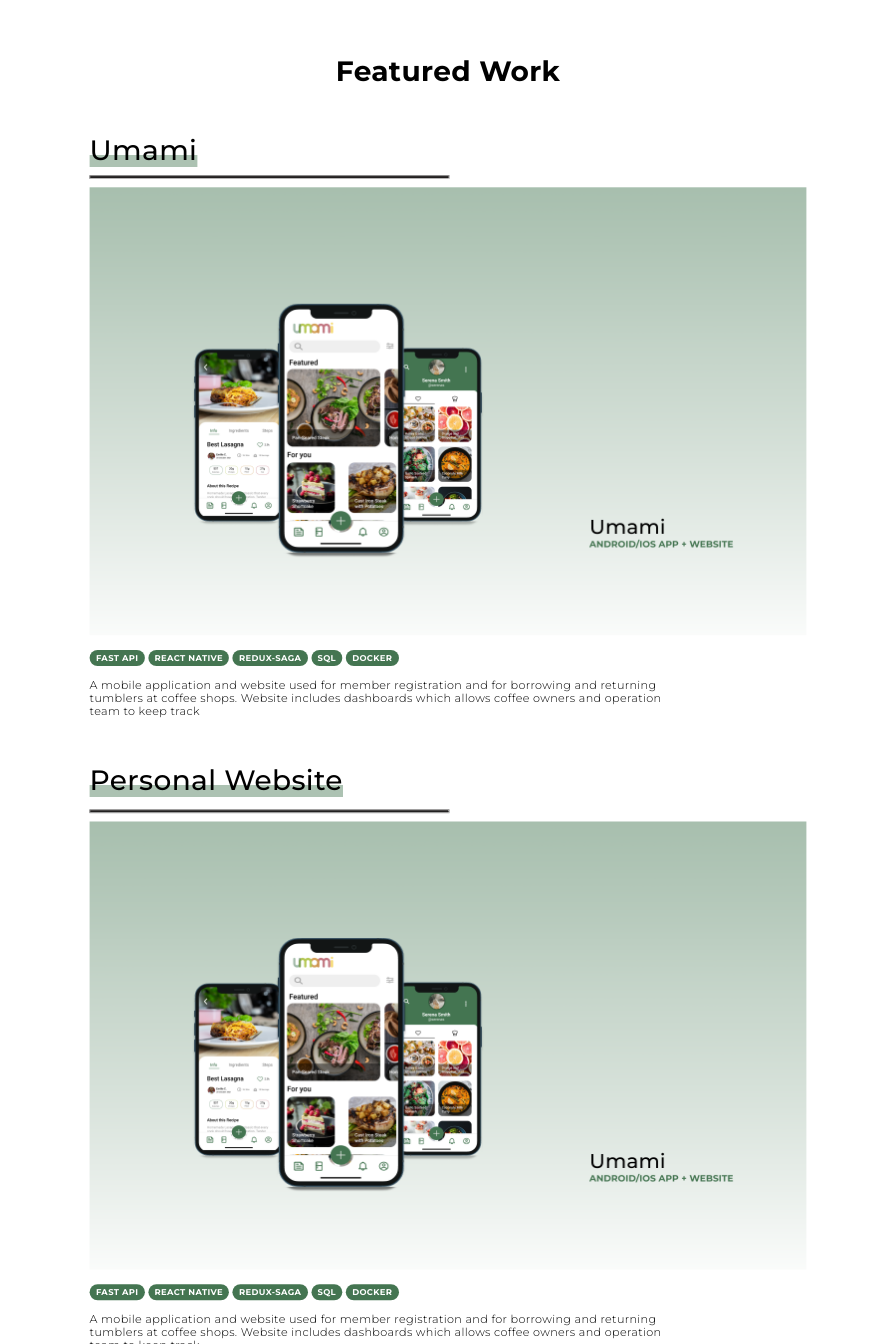
Repository: TangMartin/martintang
Page: index.html
These files come from the project's save history. The page is drawn as it stood at one moment and after the next save; the edit follows.
The browser window is 1280 px wide. The pictures show the part of the page from y = 932 to 2852 px (the page is 2879 px tall before and 2884 px after), at 70% of full size.

Above is the page before, as saved 2021-11-24 21:39:55.

After the next save:
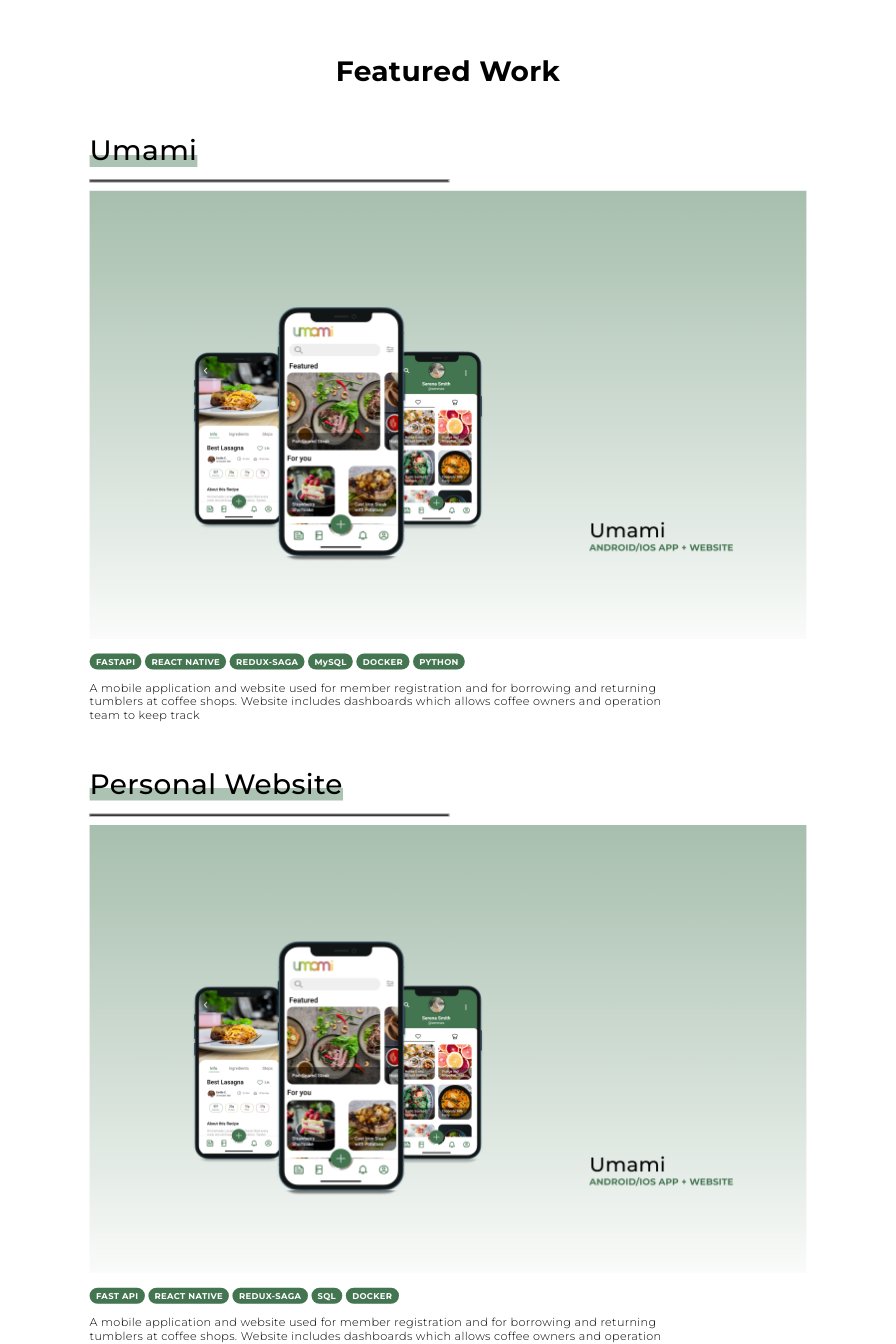
Saved 70 s later.
--- a/index.html
+++ b/index.html
@@ -48,14 +48,15 @@
                 <!-- Umami -->
                 <li class="work_item">
                     <h1><span class="highlight" style="--highlighter-color: #ACC2B2;">Umami</span></h1>
-                    <hr style="height:2.5px; width:50%; margin-left:0; background-color:#222020; display: inline-block; margin-top: -10px;">
+                    <hr style="height:2.5px; width:50%; margin-left:0; background-color:#222020; display: inline-block; margin">
                     <img class="work_image" src="./assets/images/Umami.png" />
                     <div class="technologies">
-                        <p>FAST API</p>
+                        <p>FASTAPI</p>
                         <p>REACT NATIVE</p>
                         <p>REDUX-SAGA</p>
-                        <p>SQL</p>
+                        <p>MySQL</p>
                         <p>DOCKER</p>
+                        <p>PYTHON</p>
                     </div>
                     <p class="work_description">
                         A mobile application and website used for member registration and for borrowing and returning tumblers at coffee shops.  Website includes dashboards which allows coffee owners and operation team to keep track
